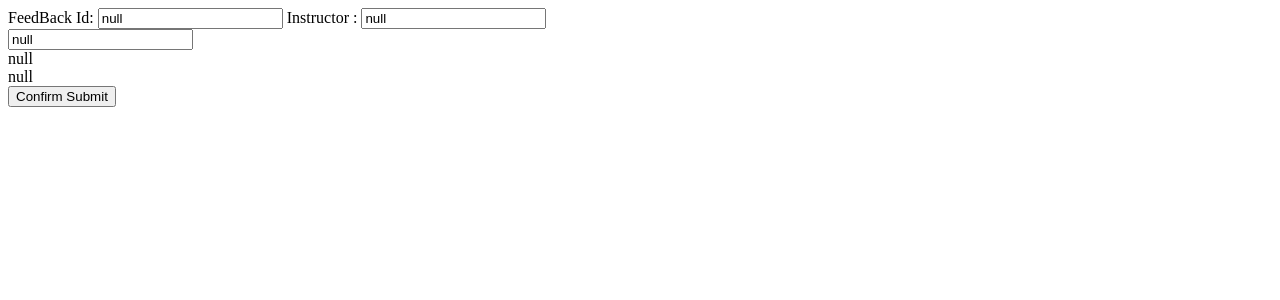
Repository: 1919satya/Mode2
Page: http://localhost/CollegeCms/ConfirmFeedback.jsp
These files come from the project's save history. The page is drawn as it stood at one moment and after the next save; the edit follows.
The browser window is 1280 px wide. The pictures show the whole page.
The page is served by Tomcat 9. Other server files are loaded and not shown.

Above is the page before, as saved 2019-09-05 03:56:09.

### CMS/CollegeCms/src/main/webapp/ConfirmFeedback.jsp
<%@ page language="java" contentType="text/html; charset=ISO-8859-1"
    pageEncoding="ISO-8859-1"%>
<!DOCTYPE html PUBLIC "-//W3C//DTD HTML 4.01 Transitional//EN" "http://www.w3.org/TR/html4/loose.dtd">
<html>
<head>
<meta http-equiv="Content-Type" content="text/html; charset=ISO-8859-1">
<title>Insert title here</title>
</head>
<body>
<form method="post" action="ConfirmFeedback.jsp">
<%
	String instr = (String)session.getAttribute("instr");
    String fid=(String)session.getAttribute("fid");
    String studentName=(String)session.getAttribute("studentName");
    String subject = (String)request.getParameter("subject");
    String feed=(String)request.getParameter("feed");
%>
FeedBack Id: <input type="text" value="<% out.println(fid); %> " name="fid" />
Instructor : <input type="text" value=<%out.println(instr);%> " name="instr" /><br/>
<input type="text" value=<%out.println(studentName);%> " name="studentName" /><br/>
<%out.println(subject);%><br/>
<%out.println(feed);%><br/>

<input type="submit" value="Confirm Submit" />
</form>


</body>
</html>

After the next save:
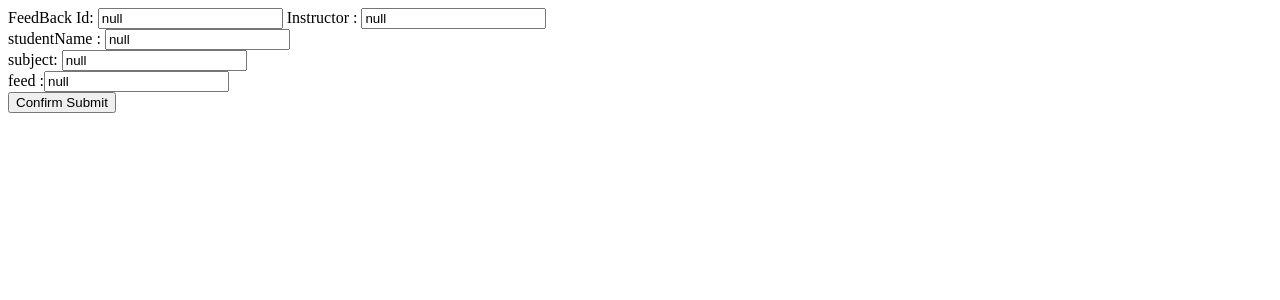
Saved 2 min 39 s later.
--- a/CMS/CollegeCms/src/main/webapp/ConfirmFeedback.jsp
+++ b/CMS/CollegeCms/src/main/webapp/ConfirmFeedback.jsp
@@ -17,9 +17,9 @@
 %>
 FeedBack Id: <input type="text" value="<% out.println(fid); %> " name="fid" />
 Instructor : <input type="text" value=<%out.println(instr);%> " name="instr" /><br/>
-<input type="text" value=<%out.println(studentName);%> " name="studentName" /><br/>
-<%out.println(subject);%><br/>
-<%out.println(feed);%><br/>
+studentName : <input type="text" value=<%out.println(studentName);%> " name="studentName" /><br/>
+subject: <input type="text" value=<%out.println(subject);%> " name="subject" /><br/>
+feed :<input type="text" value=<%out.println(feed);%> " name="feed" /><br/>
 
 <input type="submit" value="Confirm Submit" />
 </form>
